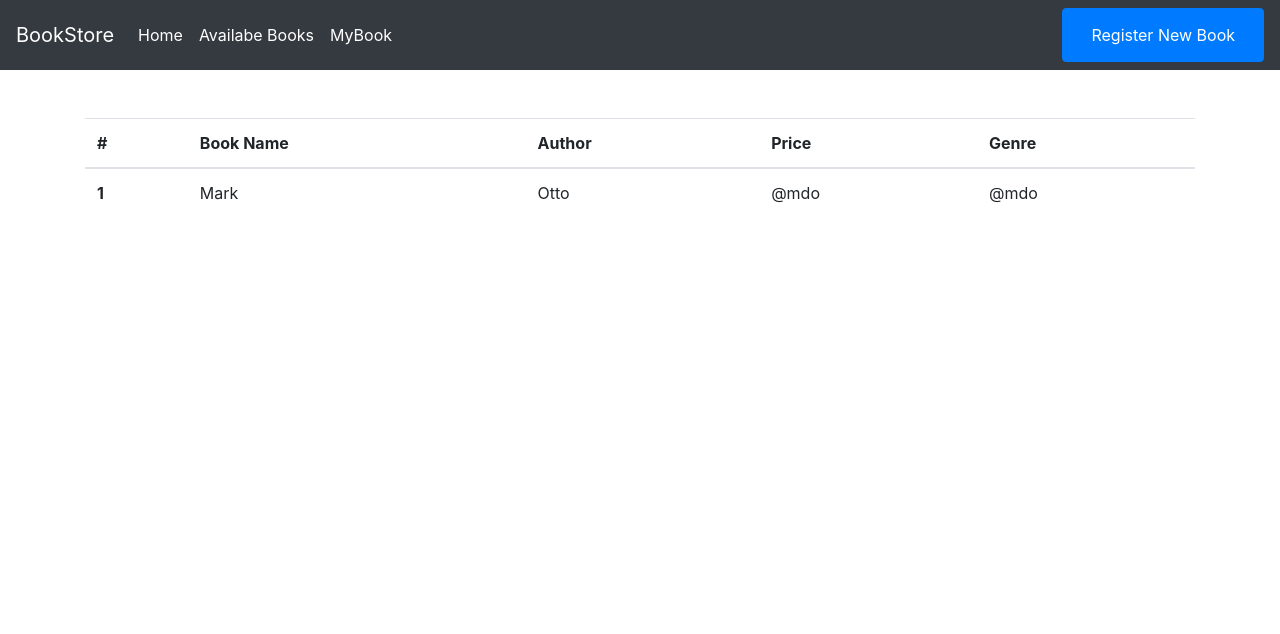
Repository: Sumanta-Sahoo/BookStoreApp
Page: bookstore/src/main/resources/static/availabeBooks.html
These files come from the project's save history. The page is drawn as it stood at one moment and after the next save; the edit follows.
The browser window is 1280 px wide. The pictures show the whole page.

Above is the page before, as saved 2024-03-15 12:38:52.

After the next save:
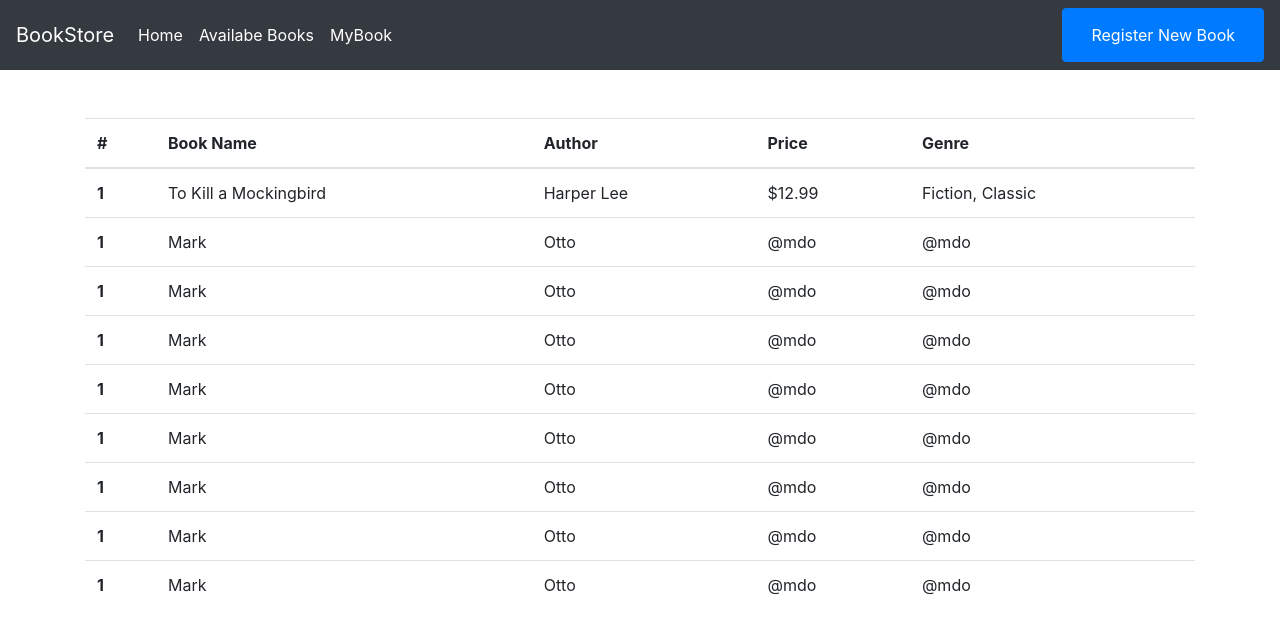
Saved 40 s later.
--- a/bookstore/src/main/resources/static/availabeBooks.html
+++ b/bookstore/src/main/resources/static/availabeBooks.html
@@ -56,6 +56,62 @@
 			<tbody class="table-group-divider">
 				<tr>
 					<th scope="row">1</th>
+					<td>To Kill a Mockingbird</td>
+					<td>Harper Lee</td>
+					<td> $12.99</td>
+					<td>Fiction, Classic</td>
+				</tr>
+				<tr>
+					<th scope="row">1</th>
+					<td>Mark</td>
+					<td>Otto</td>
+					<td>@mdo</td>
+					<td>@mdo</td>
+				</tr>
+				<tr>
+					<th scope="row">1</th>
+					<td>Mark</td>
+					<td>Otto</td>
+					<td>@mdo</td>
+					<td>@mdo</td>
+				</tr>
+				<tr>
+					<th scope="row">1</th>
+					<td>Mark</td>
+					<td>Otto</td>
+					<td>@mdo</td>
+					<td>@mdo</td>
+				</tr>
+				<tr>
+					<th scope="row">1</th>
+					<td>Mark</td>
+					<td>Otto</td>
+					<td>@mdo</td>
+					<td>@mdo</td>
+				</tr>
+				<tr>
+					<th scope="row">1</th>
+					<td>Mark</td>
+					<td>Otto</td>
+					<td>@mdo</td>
+					<td>@mdo</td>
+				</tr>
+				<tr>
+					<th scope="row">1</th>
+					<td>Mark</td>
+					<td>Otto</td>
+					<td>@mdo</td>
+					<td>@mdo</td>
+				</tr>
+				<tr>
+					<th scope="row">1</th>
+					<td>Mark</td>
+					<td>Otto</td>
+					<td>@mdo</td>
+					<td>@mdo</td>
+				</tr>
+				<tr>
+					<th scope="row">1</th>
 					<td>Mark</td>
 					<td>Otto</td>
 					<td>@mdo</td>
